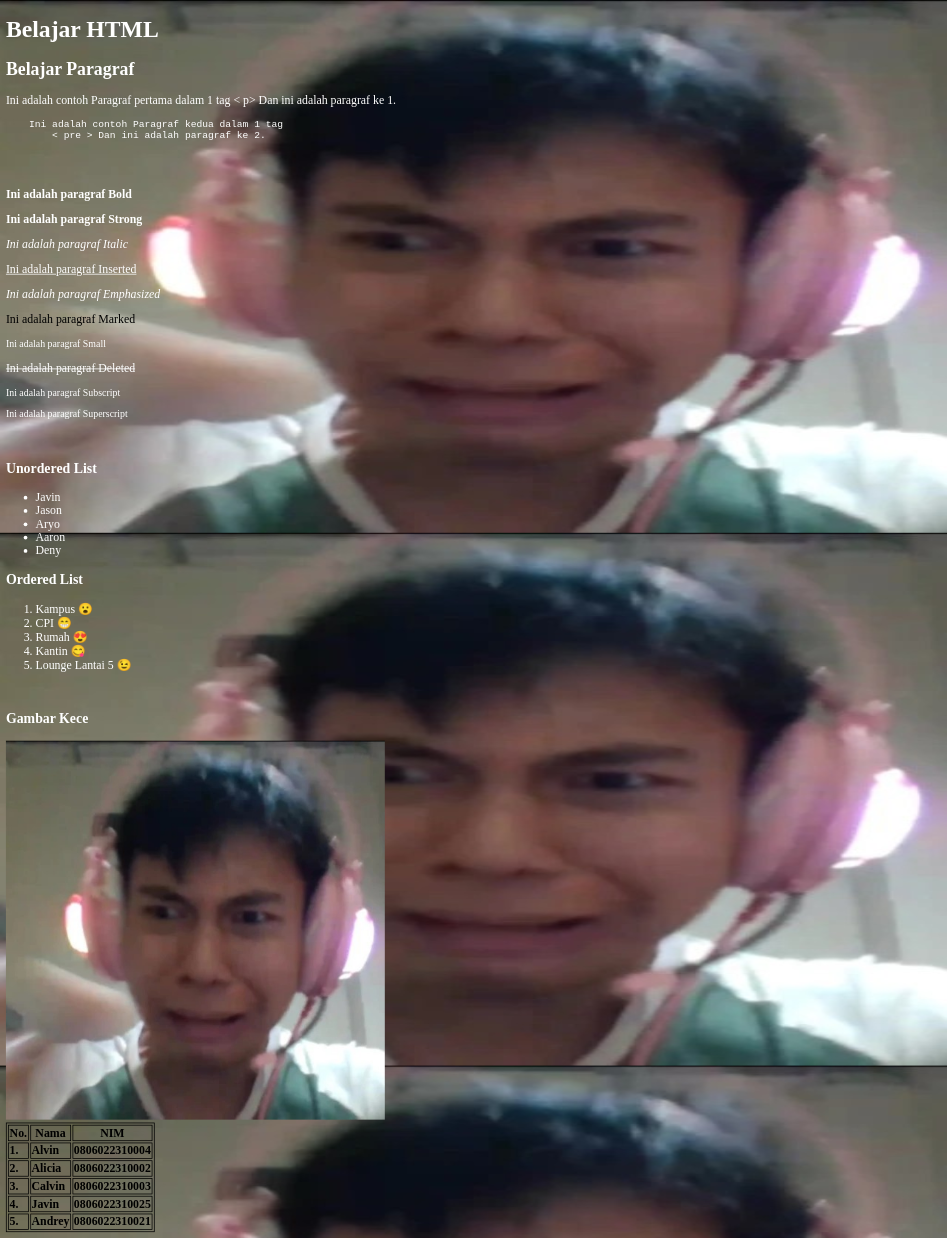
Repository: Gibekkk/WebPro
Page: Tugas HTML 1/index.html
The author's editor kept a copy of each file at every save. The page is drawn from the files as they stood at one save, then again after the next save.
The browser window is 1280 px wide. The pictures show the whole page, at 74% of full size.
Backgrounds fixed to the window are drawn as part of the page.

Above is the page before, as saved 2024-03-25 10:33:32.

After the next save:
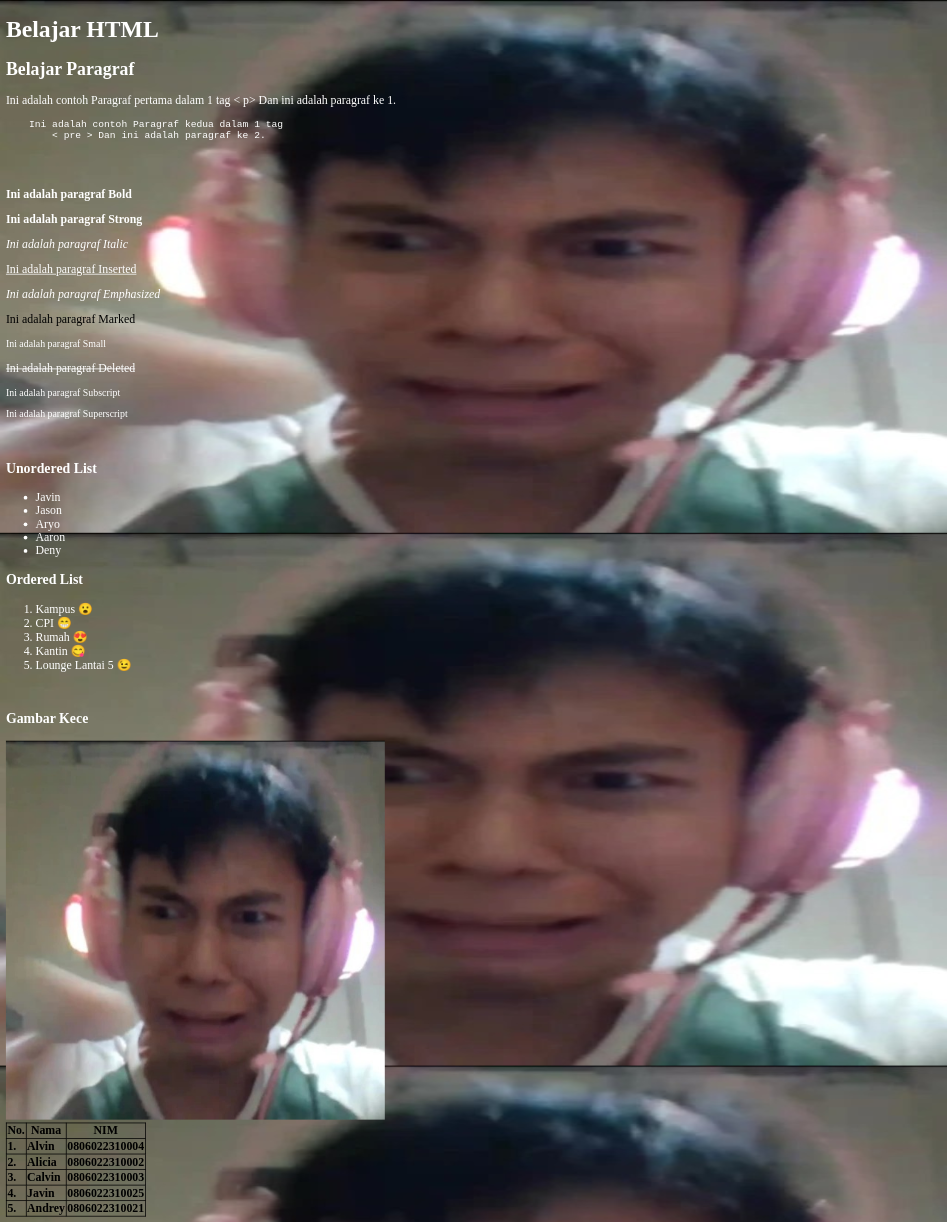
Saved 46 s later.
--- a/Tugas HTML 1/index.html
+++ b/Tugas HTML 1/index.html
@@ -13,6 +13,7 @@
             border: 1px solid black;
             color: black;
             font-weight: 600;
+            border-collapse: collapse
         }
     </style>
 </head>
